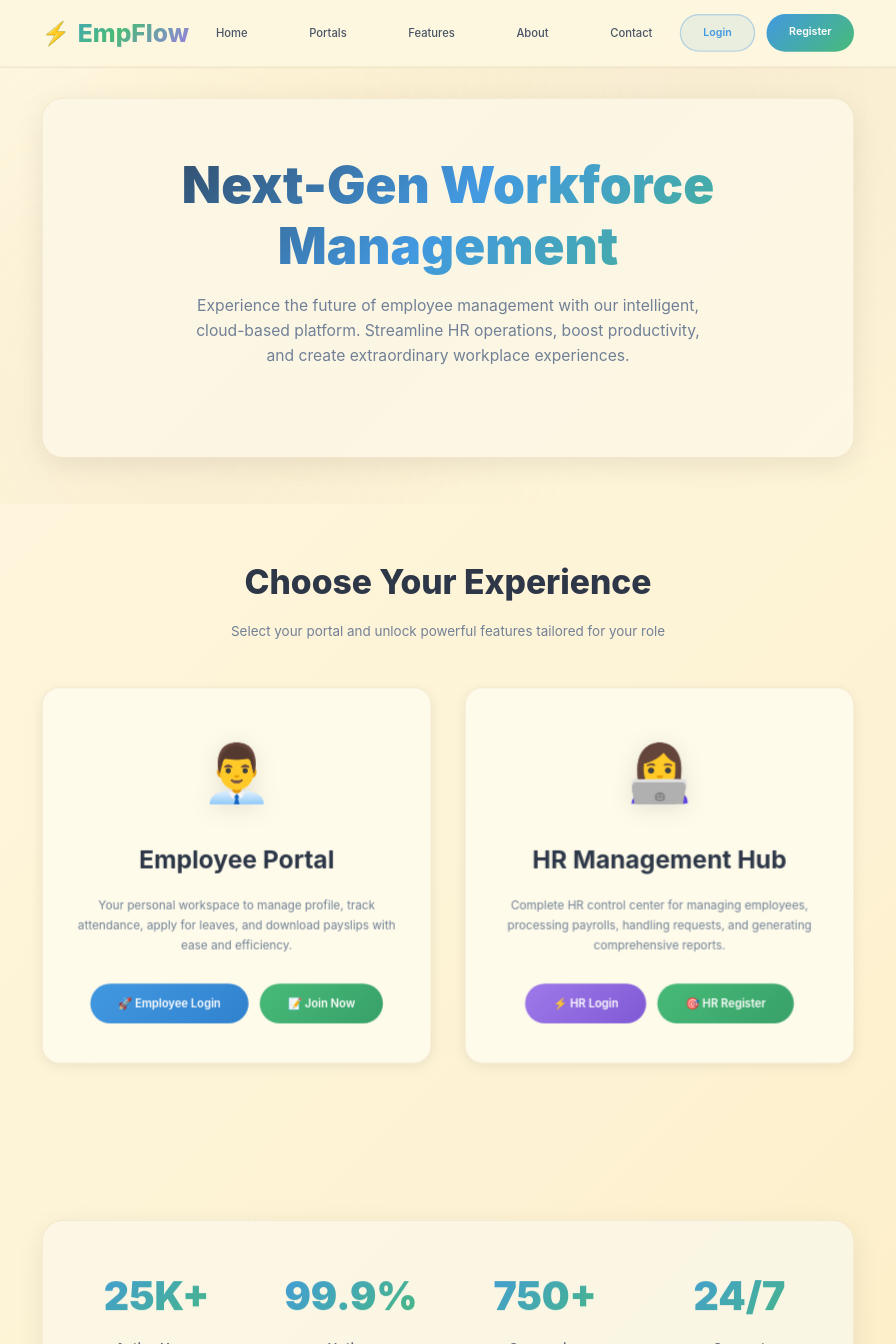
Repository: Shwetannarkhede/EmployeeHub
Page: EmployeeManagemntSystem/src/main/webapp/Home.html
The author's editor kept a copy of each file at every save. The page is drawn from the files as they stood at one save, then again after the next save.
The browser window is 1280 px wide. The pictures show the part of the page from y = 0 to 1920 px (the page is 3602 px tall), at 70% of full size.

Above is the page before, as saved 2025-09-20 14:42:57.

After the next save:
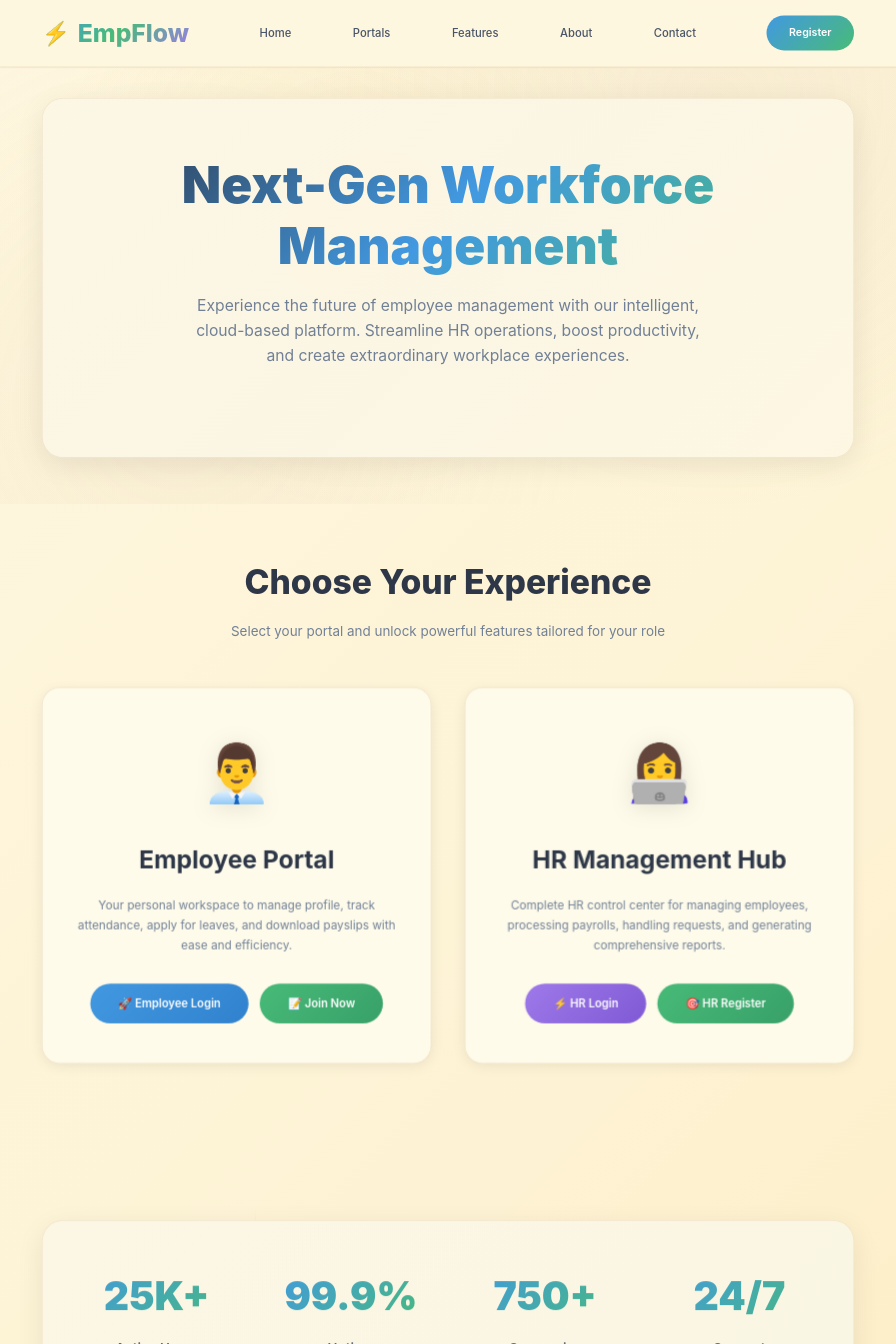
Saved 17 min 33 s later.
--- a/EmployeeManagemntSystem/src/main/webapp/Home.html
+++ b/EmployeeManagemntSystem/src/main/webapp/Home.html
@@ -18,7 +18,7 @@
                 <li><a href="#contact">Contact</a></li>
             </ul>
             <div class="auth-buttons">
-                <a href="#login" class="btn-nav btn-login">Login</a>
+                <!-- <a href="#login" class="btn-nav btn-login">Login</a>-->
                 <a href="#register" class="btn-nav btn-register">Register</a>
             </div>
             <button class="mobile-menu">☰</button>
